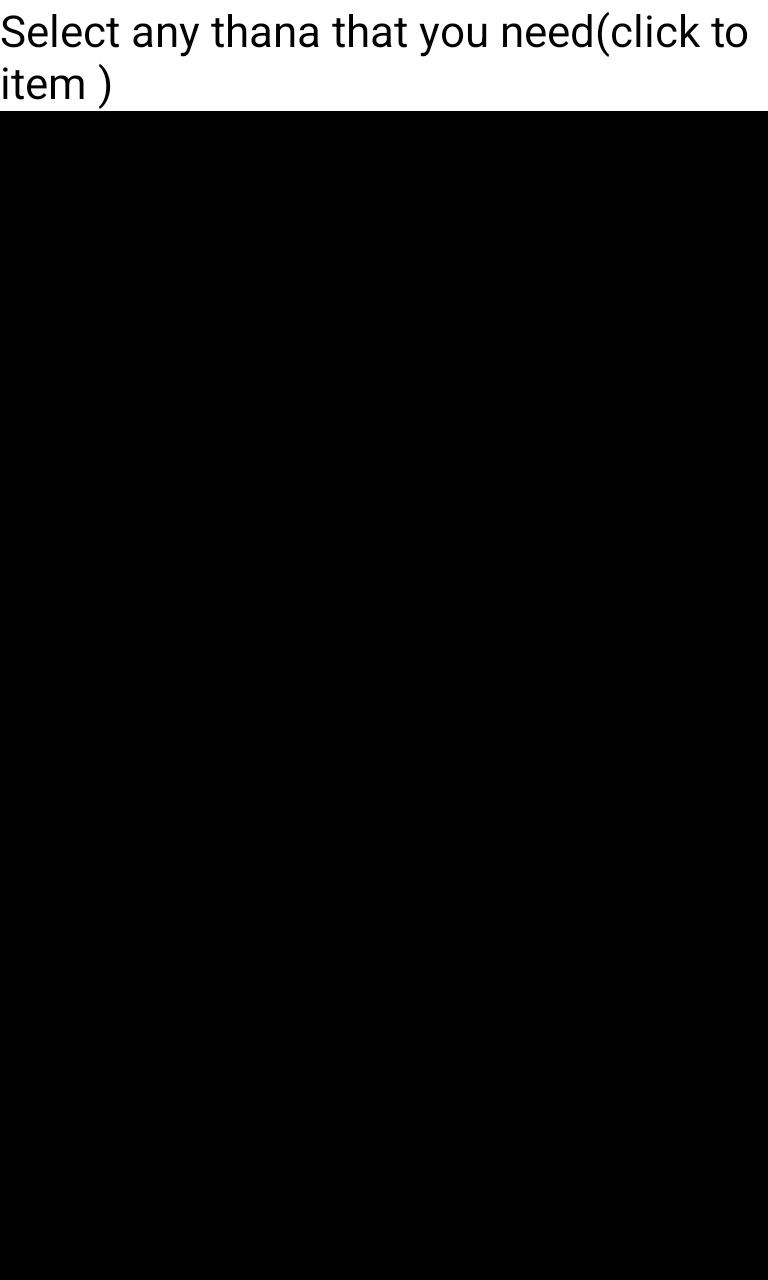
Repository: arifhasnatnstucsteonGit/BanngladeshPoliceService
Layout: Bangladesh Police Service/BangladeshPoliceService/res/layout/gazipur.xml
An editor plug-in stored every save of this project. The layout is shown before and after the next save, followed by the edit.
It is drawn on a 768 x 1280 px phone screen (xhdpi) without system bars, with theme AppTheme; the app's code is not run.

Above is the layout before, as saved 2014-03-09 19:42:46.

After the next save:
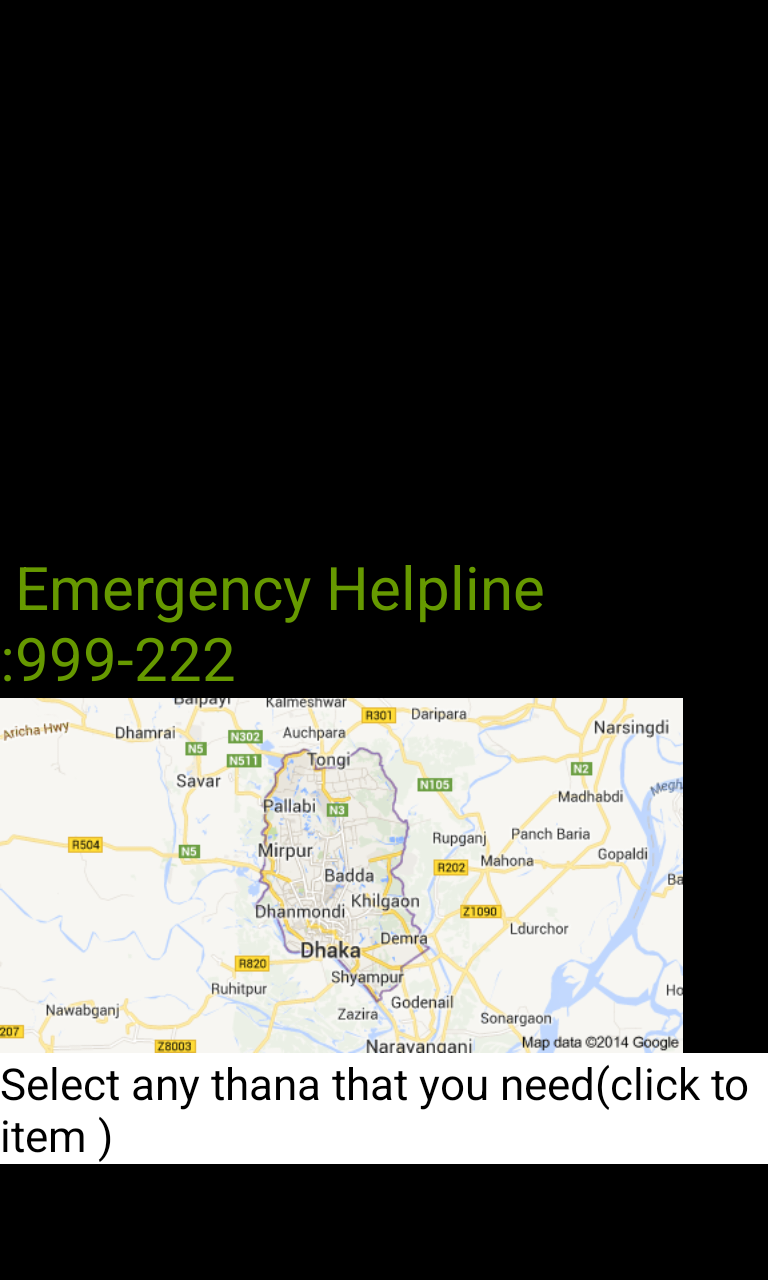
Saved 26 s later.
--- a/Bangladesh Police Service/BangladeshPoliceService/res/layout/gazipur.xml
+++ b/Bangladesh Police Service/BangladeshPoliceService/res/layout/gazipur.xml
@@ -22,17 +22,6 @@
         android:src="@drawable/dhaka" />
 
     <TextView
-        android:id="@+id/textView1"
-        android:layout_width="wrap_content"
-        android:layout_height="wrap_content"
-        android:layout_above="@+id/dhakaSpinner"
-        android:layout_alignParentLeft="true"
-        android:layout_marginBottom="26dp"
-        android:background="#FFF"
-        android:text="Select any thana that you need(click to item )"
-        android:textAppearance="?android:attr/textAppearanceLarge" />
-
-    <TextView
         android:id="@+id/textView2"
         android:layout_width="wrap_content"
         android:layout_height="wrap_content"
@@ -42,4 +31,15 @@
         android:textColor="@android:color/holo_green_dark"
         android:textSize="30sp" />
 
+    <TextView
+        android:id="@+id/textView1"
+        android:layout_width="wrap_content"
+        android:layout_height="wrap_content"
+        android:layout_above="@+id/gazipurSpinner"
+        android:layout_alignParentLeft="true"
+        android:layout_marginBottom="24dp"
+        android:background="#FFF"
+        android:text="Select any thana that you need(click to item )"
+        android:textAppearance="?android:attr/textAppearanceLarge" />
+
 </RelativeLayout>
